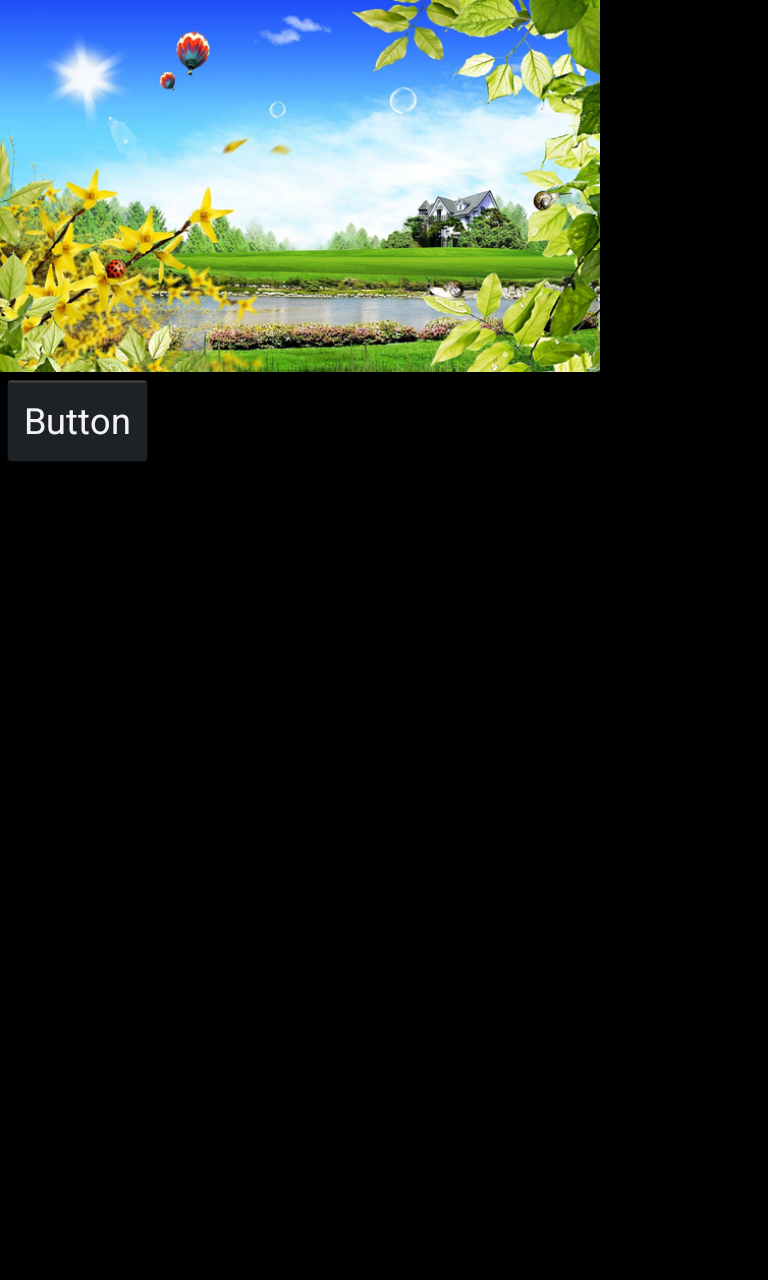
Repository: GuangmingChan/DevelopAndroidApp
Layout: demoImageView2/res/layout/main.xml
These files come from the project's save history. The layout is drawn as it stood at one moment and after the next save; the edit follows.
It is drawn on a 768 x 1280 px phone screen (xhdpi) without system bars, with theme android:Theme.Holo; the app's code is not run.

Above is the layout before, as saved 2017-03-14 01:14:45.

After the next save:
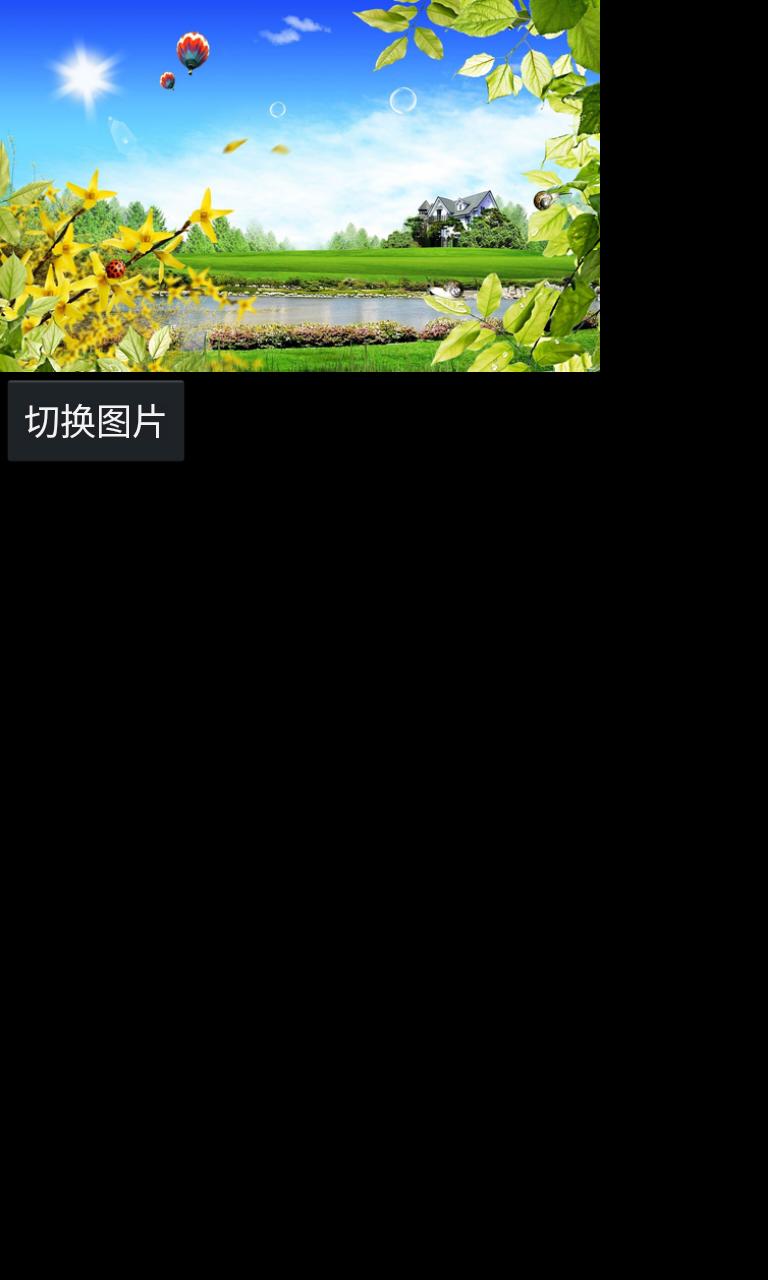
Saved 24 s later.
--- a/demoImageView2/res/layout/main.xml
+++ b/demoImageView2/res/layout/main.xml
@@ -15,9 +15,9 @@
         android:src="@drawable/sunshine" />
 
     <Button
-        android:id="@+id/button1"
+        android:id="@+id/btchange"
         android:layout_width="wrap_content"
         android:layout_height="wrap_content"
-        android:text="Button" />
+        android:text="切换图片" />
 
 </LinearLayout>
